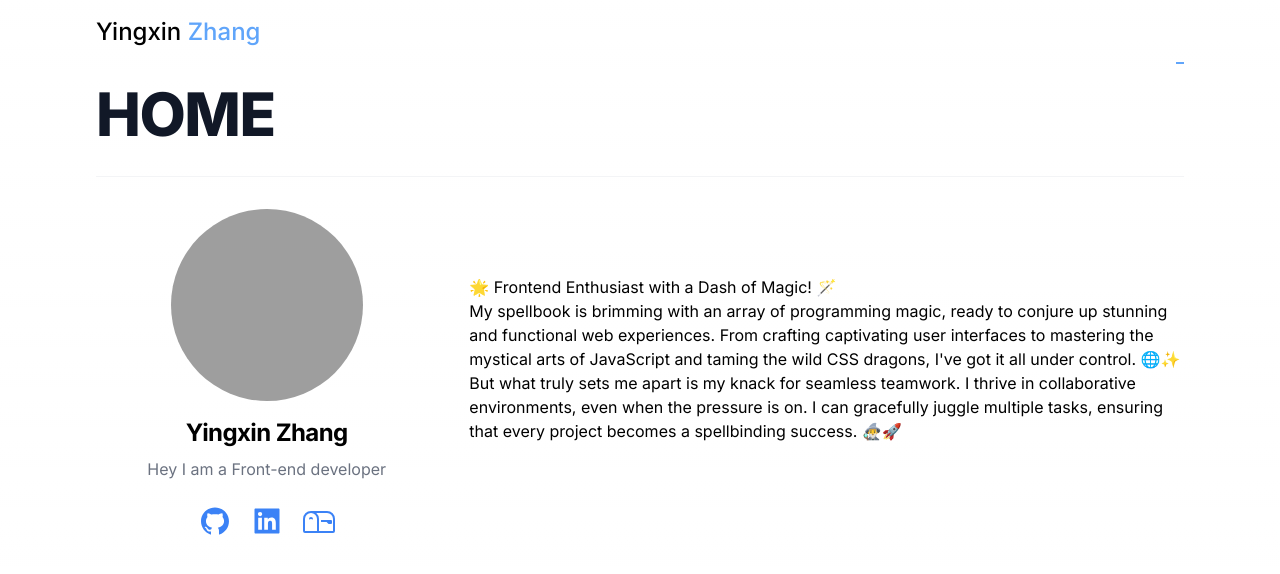
Repository: Tracy-maker/projects_collection
Page: /
These files come from the project's save history. The page is drawn as it stood at one moment and after a run of saves; the edit follows.
The browser window is 1280 px wide. The pictures show the whole page.
Pictures or frames that could not be fetched are drawn as grey boxes. The project was rebuilt for these pictures with package versions that can differ from the ones it lists, and the page was loaded fresh each time. The framework's server and built-in components were replaced by stand-ins that run in the browser. Also part of the build but not shown: next.config.js.

Above is the page before, as saved 2023-09-14 18:45:51.

After the next 2 saves:
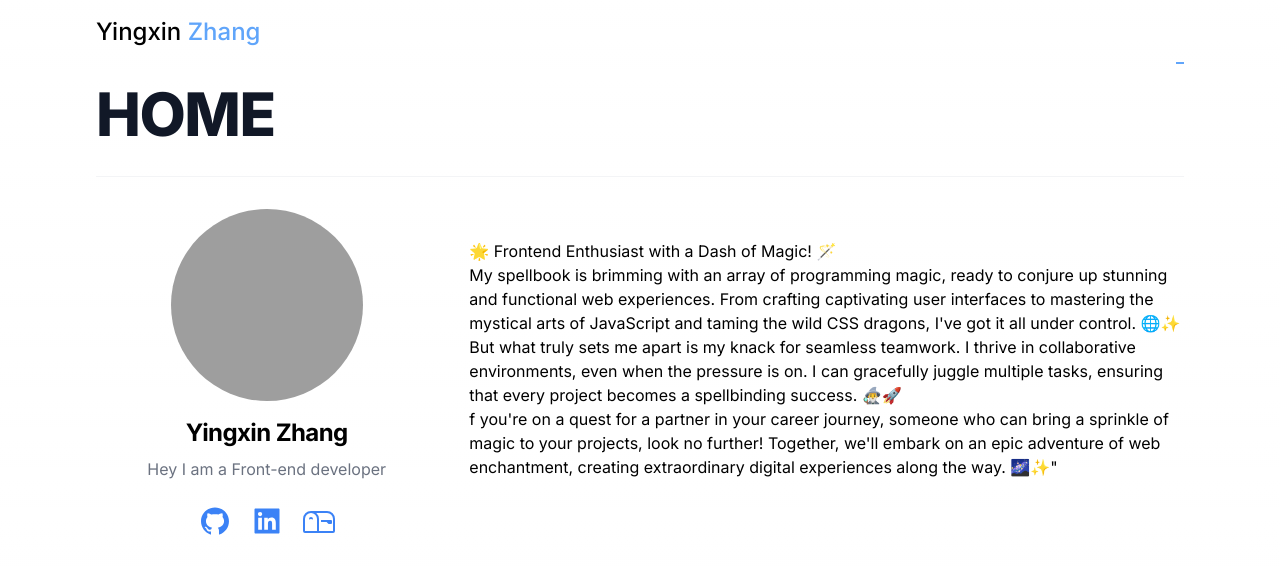
The 2 saves are shown as one change because 1 did not build or start.
The last was saved 22 s later.
--- a/app/page.tsx
+++ b/app/page.tsx
@@ -71,6 +71,12 @@ export default function Home() {
             I can gracefully juggle multiple tasks, ensuring that every project
             becomes a spellbinding success. 🧙‍♂️🚀
           </p>
+          <p>
+            f you're on a quest for a partner in your career journey, someone
+            who can bring a sprinkle of magic to your projects, look no further!
+            Together, we'll embark on an epic adventure of web enchantment,
+            creating extraordinary digital experiences along the way. 🌌✨"
+          </p>
         </div>
       </div>
     </div>
